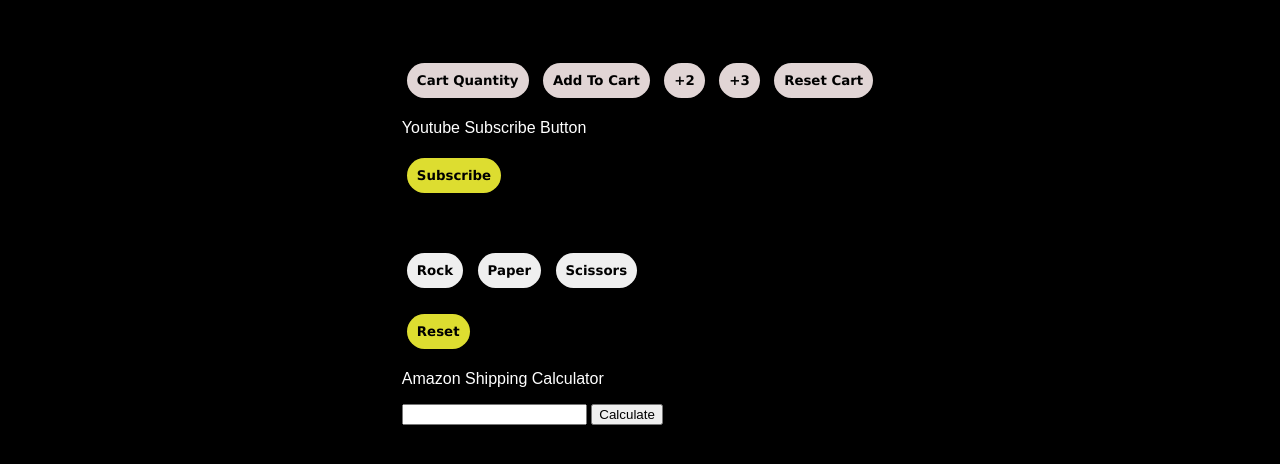
Repository: EguJaredoBoyd/Jared-Learning-Projects
Page: javascript-tutorial.html
The author's editor kept a copy of each file at every save. The page is drawn from the files as they stood at one save, then again after the next save.
The browser window is 1280 px wide. The pictures show the whole page.

Above is the page before, as saved 2025-07-06 22:52:52.

### javascript-tutorial.html
<!DOCTYPE html>
<html lang="en">
<head>
    <meta charset="UTF-8">
    <meta name="viewport" content="width=device-width, initial-scale=1.0">
    <title>Document</title>
    <link rel="stylesheet" href="javascript-tutorial.css">
    <script src="javacript-tutorial.js" defer></script>
</head>
<body>
    <main>
        <section class="cart-class">
            <button onclick="cartDisplay()">Cart Quantity</button>
            <button onclick="addCart();
            cartDisplay()">Add To Cart</button>
            <button onclick="addCart2();
            cartDisplay()">+2</button>
            <button onclick="addCart3();
            cartDisplay()">+3</button>
            <button onclick="cartReset();
            cartDisplay()">Reset Cart</button>

            <p id="cart-quantity"></p>
            <p>Youtube Subscribe Button</p>
            <button onclick="subscribe()" class="sub-button">Subscribe</button>
        </section>

        <section class="game-play">
            <button onclick="selectRock()" class="rock">Rock</button>
            <button onclick="selectPaper()">Paper</button>
            <button onclick="selectScissors()">Scissors</button>
            <p class="win-paragraph"></p>
            <p class="move-paragraph"></p>
            <p class="score-paragraph"></p>
            <button onclick="selectReset()" class="reset">Reset</button>
        </section>

        <section class="amazon-calculator">
            <p>Amazon Shipping Calculator</p>
            <input type="text" class="amazon-cost" onkeydown="handleCost(event)">
            <button onclick="calculateTotal()">Calculate</button>
            <p class="shipping-cost"></p>
        </section>
    </main>

</body>
</html>

### javascript-tutorial.css
body{
    font-family: Arial, Helvetica, sans-serif;
    background-color: black;
    display: flex;
    justify-content: center;
    padding-top: 50px;

}
.cart-class{
    margin-bottom: 50px;
}
.cart-class button{
    padding: 10px;
    margin: 5px;
    font-weight: bold;
    font-family: Verdana, Geneva, Tahoma, sans-serif;
    border: none;
    border-radius: 50px;

}
.cart-class button:not(.sub-button){
    background-color: rgb(225, 213, 213);

}
.sub-button{
    background-color: rgb(221, 221, 48);
}
.sub-button-two{
    background-color: rgb(225, 213, 213);
}
p{
    color: white;
}

/* game-section  */

.game-play button{
    padding: 10px;
    margin: 5px;
    font-weight: bold;
    font-family: Verdana, Geneva, Tahoma, sans-serif;
    border: none;
    border-radius: 50px;
}
.game-play button :not(.reset){
    background-color: rgb(225, 213, 213);
}
.reset{
    background-color: rgb(221, 221, 48);
}

### javacript-tutorial.js
let cartQuantity = 0;
function cartDisplay(){
    document.getElementById('cart-quantity').innerHTML = cartQuantity;
};

function addCart(){
    cartQuantity = cartQuantity + 1;
};

function addCart2(){
    cartQuantity += 2;
};

function addCart3(){
    cartQuantity += 3;
};

function cartReset(){
    alert("Cart has been reset");
    cartQuantity = 0;
};

function subscribe () {
    let subClick = document.querySelector('.sub-button');
        if (subClick.innerHTML === 'Subscribe') {
            subClick.innerHTML = 'Subscribed'
            subClick.classList.add('sub-button-two');
        } else{
            subClick.innerHTML = 'Subscribe'
            subClick.classList.remove('sub-button-two');

        }
    }




let computerMove = '';
let score = {
    wins: 0,
    losses: 0,
    ties: 0
};

// ✅ Fix 1: Load saved score if it exists in localStorage
const storage = localStorage.getItem('gameScore');
if (storage) {
    score = JSON.parse(storage);
}

console.log(score); // Optional: Just to confirm score is loaded

function selectRock() {
    // ✅ Fix 2: New random number every time the function runs
    let randomNumber = Math.random();

    if (randomNumber >= 0 && randomNumber < 1 / 3) {
        computerMove = 'rock';
    } else if (randomNumber >= 1 / 3 && randomNumber < 2 / 3) {
        computerMove = 'paper';
    } else {
        computerMove = 'scissors';
    }

    let result = '';
    if (computerMove === 'rock') {
        result = 'tie';
    } else if (computerMove === 'paper') {
        result = 'lose';
    } else if (computerMove === 'scissors') {
        result = 'win';
    }

    let newResult = '';
    if (result === 'win') {
        score.wins += 1;
        newResult = 'wins!';
    } else if (result === 'lose') {
        score.losses += 1;
        newResult = 'losses!';
    } else {
        score.ties += 1;
        newResult = 'ties!';
    }

    // ✅ Fix 3: Save updated score to localStorage
    localStorage.setItem('gameScore', JSON.stringify(score));

    let newScore, valueOne, valueTwo, outcomeOne, outcomeTwo;

    if (newResult === 'wins!') {
        newScore = score.wins;
        valueOne = score.losses;
        outcomeOne = 'losses';
        valueTwo = score.ties;
        outcomeTwo = 'ties';
    } else if (newResult === 'losses!') {
        newScore = score.losses;
        valueOne = score.wins;
        outcomeOne = 'wins';
        valueTwo = score.ties;
        outcomeTwo = 'ties';
    } else {
        newScore = score.ties;
        valueOne = score.wins;
        outcomeOne = 'wins';
        valueTwo = score.losses;
        outcomeTwo = 'losses';
    }

    alert(`You picked rock and the computer picked ${computerMove}, you ${result}!
You have ${newScore} ${newResult}, ${valueOne} ${outcomeOne}, and ${valueTwo} ${outcomeTwo}`);

    let rock = document.querySelector('.win-paragraph');
    rock.innerHTML = (`You picked rock and the computer picked ${computerMove}, you ${result}!
    You have ${newScore} ${newResult}, ${valueOne} ${outcomeOne}, and ${valueTwo} ${outcomeTwo}`);

    let rockMove = document.querySelector('.move-paragraph');
    rockMove.innerHTML = (`You - rock : ${computerMove} - Computer`);

    let rockScore = document.querySelector('.score-paragraph');
    rockScore.innerHTML = (`You ${result}!`)

}

function selectPaper() {
    let randomNumber = Math.random();

    if (randomNumber >= 0 && randomNumber < 1 / 3) {
        computerMove = 'rock';
    } else if (randomNumber >= 1 / 3 && randomNumber < 2 / 3) {
        computerMove = 'paper';
    } else {
        computerMove = 'scissors';
    }

    let result = '';
    if (computerMove === 'paper') {
        result = 'tie';
    } else if (computerMove === 'scissors') {
        result = 'lose';
    } else if (computerMove === 'rock') {
        result = 'win';
    }

    let newResult = '';
    if (result === 'win') {
        score.wins += 1;
        newResult = 'wins!';
    } else if (result === 'lose') {
        score.losses += 1;
        newResult = 'losses!';
    } else {
        score.ties += 1;
        newResult = 'ties!';
    }

    localStorage.setItem('gameScore', JSON.stringify(score));

    let newScore, valueOne, valueTwo, outcomeOne, outcomeTwo;

    if (newResult === 'wins!') {
        newScore = score.wins;
        valueOne = score.losses;
        outcomeOne = 'losses';
        valueTwo = score.ties;
        outcomeTwo = 'ties';
    } else if (newResult === 'losses!') {
        newScore = score.losses;
        valueOne = score.wins;
        outcomeOne = 'wins';
        valueTwo = score.ties;
        outcomeTwo = 'ties';
    } else {
        newScore = score.ties;
        valueOne = score.wins;
        outcomeOne = 'wins';
        valueTwo = score.losses;
        outcomeTwo = 'losses';
    }

    alert(`You picked paper and the computer picked ${computerMove}, you ${result}!
You have ${newScore} ${newResult}, ${valueOne} ${outcomeOne}, and ${valueTwo} ${outcomeTwo}`);

    let paper = document.querySelector('.win-paragraph');
        paper.innerHTML = `You picked paper and the computer picked ${computerMove}, you ${result}!
You have ${newScore} ${newResult}, ${valueOne} ${outcomeOne}, and ${valueTwo} ${outcomeTwo}`;

    let paperMove = document.querySelector('.move-paragraph');
    paperMove.innerHTML = (`You - paper : ${computerMove} - Computer`);

    let paperScore = document.querySelector('.score-paragraph');
    paperScore.innerHTML = (`You ${result}!`)


}

function selectScissors() {
    let randomNumber = Math.random();

    if (randomNumber >= 0 && randomNumber < 1 / 3) {
        computerMove = 'rock';
    } else if (randomNumber >= 1 / 3 && randomNumber < 2 / 3) {
        computerMove = 'paper';
    } else {
        computerMove = 'scissors';
    }

    let result = '';
    if (computerMove === 'scissors') {
        result = 'tie';
    } else if (computerMove === 'rock') {
        result = 'lose';
    } else if (computerMove === 'paper') {
        result = 'win';
    }

    let newResult = '';
    if (result === 'win') {
        score.wins += 1;
        newResult = 'wins!';
    } else if (result === 'lose') {
        score.losses += 1;
        newResult = 'losses!';
    } else {
        score.ties += 1;
        newResult = 'ties!';
    }

    localStorage.setItem('gameScore', JSON.stringify(score));

    let newScore, valueOne, valueTwo, outcomeOne, outcomeTwo;

    if (newResult === 'wins!') {
        newScore = score.wins;
        valueOne = score.losses;
        outcomeOne = 'losses';
        valueTwo = score.ties;
        outcomeTwo = 'ties';
    } else if (newResult === 'losses!') {
        newScore = score.losses;
        valueOne = score.wins;
        outcomeOne = 'wins';
        valueTwo = score.ties;
        outcomeTwo = 'ties';
    } else {
        newScore = score.ties;
        valueOne = score.wins;
        outcomeOne = 'wins';
        valueTwo = score.losses;
        outcomeTwo = 'losses';
    }

    alert(`You picked scissors and the computer picked ${computerMove}, you ${result}!
You have ${newScore} ${newResult}, ${valueOne} ${outcomeOne}, and ${valueTwo} ${outcomeTwo}`);

    let scissors = document.querySelector('.win-paragraph');
    scissors.innerHTML = (`You picked scissors and the computer picked ${computerMove}, you ${result}!
You have ${newScore} ${newResult}, ${valueOne} ${outcomeOne}, and ${valueTwo} ${outcomeTwo}`);

    let scissorsMove = document.querySelector('.move-paragraph');
    scissorsMove.innerHTML = (`You - scissors : ${computerMove} - Computer`);

    let scissorsScore = document.querySelector('.score-paragraph');
    scissorsScore.innerHTML = (`You ${result}!`)

}

function selectReset() {
    score = {
        wins: 0,
        losses: 0,
        ties: 0
    };

    // ✅ Fix 4: Clear the score from localStorage too
    localStorage.removeItem('gameScore');

    alert(`Your score has been reset.`);

    let scoreReset = document.querySelector('.win-paragraph');
    scoreReset.innerHTML = ('Your score has been reset.');

    let resetMove = document.querySelector('.move-paragraph');
    resetMove.innerHTML = (``);

    let resetScore = document.querySelector('.score-paragraph');
    resetScore.innerHTML = (``)
};

function calculateTotal() {
    const amazonCost = document.querySelector('.amazon-cost');
    let cost = Number(amazonCost.value);

    let amount = 50;
    if (cost < amount) {
        cost = cost + 10;

    }

    document.querySelector('.shipping-cost').innerHTML = cost;
    console.log(cost);



};

function handleCost(event) {
    if (event.key === 'Enter') {
        calculateTotal();
    }
};

After the next save:
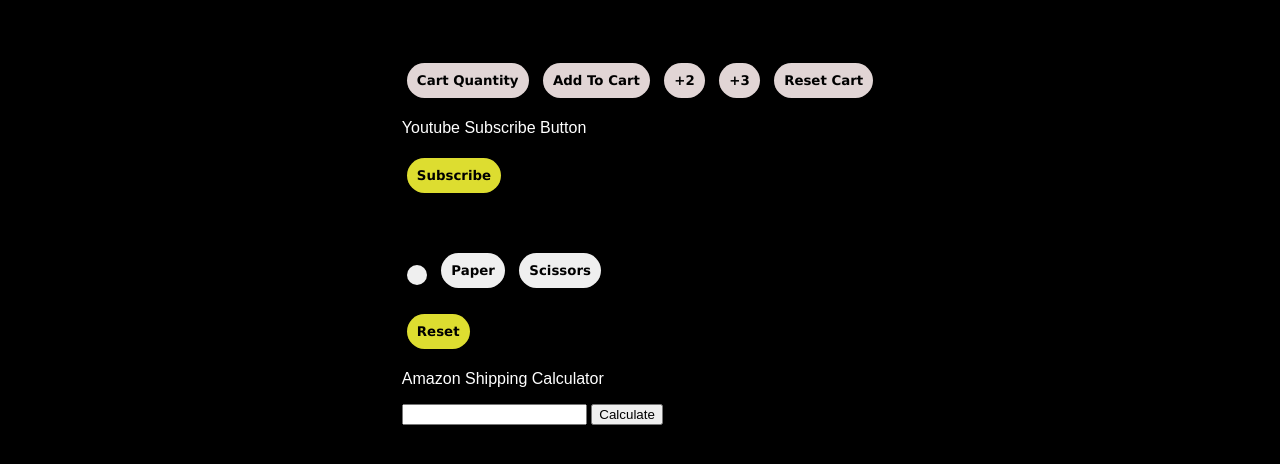
Saved 42 s later.
--- a/javascript-tutorial.html
+++ b/javascript-tutorial.html
@@ -26,7 +26,7 @@
         </section>
 
         <section class="game-play">
-            <button onclick="selectRock()" class="rock">Rock</button>
+            <button onclick="selectRock()" class="rock"></button>
             <button onclick="selectPaper()">Paper</button>
             <button onclick="selectScissors()">Scissors</button>
             <p class="win-paragraph"></p>
